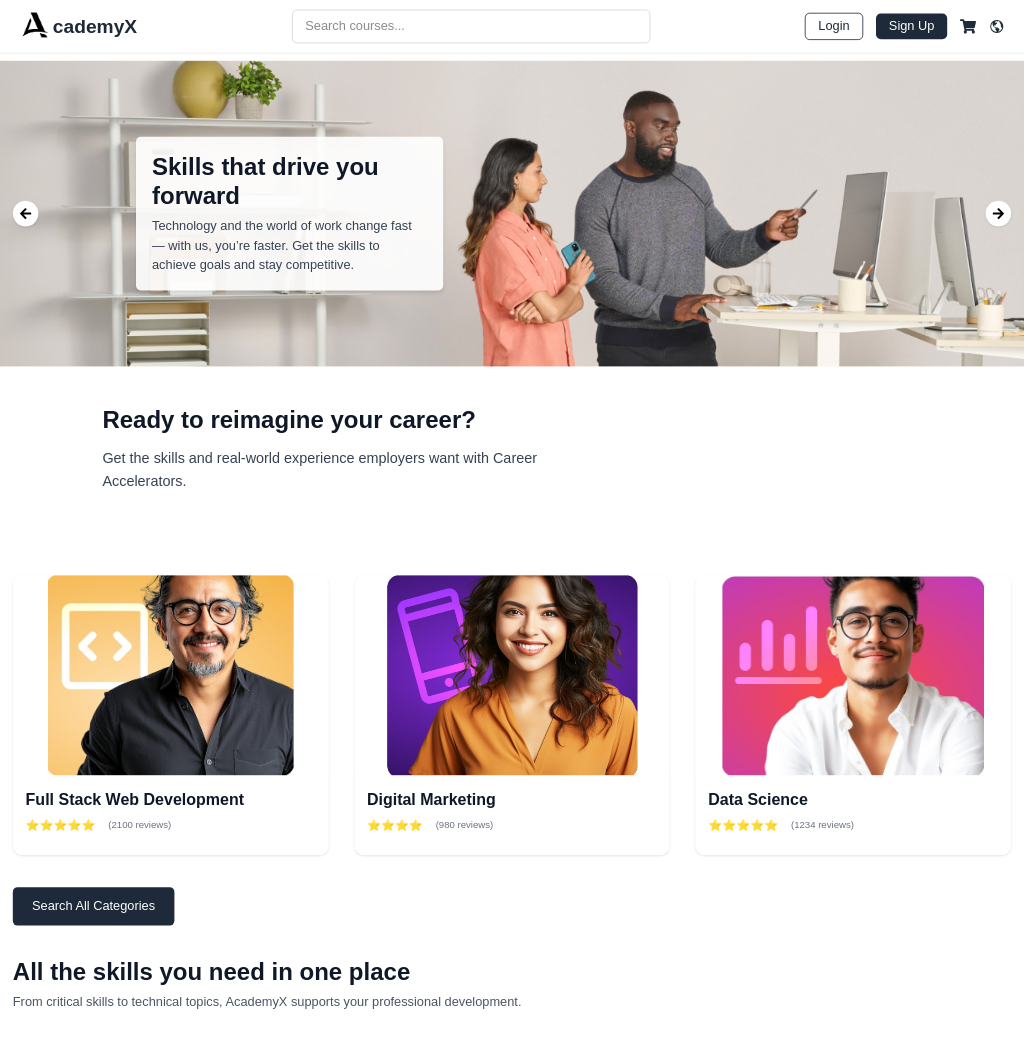
Repository: MohamedSalah54/full-stack-e-learning
Page: / (app in frontend/)
These files come from the project's save history. The page is drawn as it stood at one moment and after the next save; the edit follows.
The browser window is 1280 px wide. The pictures show the whole page, at 80% of full size.
The project was rebuilt for these pictures with package versions that can differ from the ones it lists, and the page was loaded fresh each time. The framework's server and built-in components were replaced by stand-ins that run in the browser. Also part of the build but not shown: frontend/next.config.ts.

Above is the page before, as saved 2025-06-15 14:49:08.

After the next save:
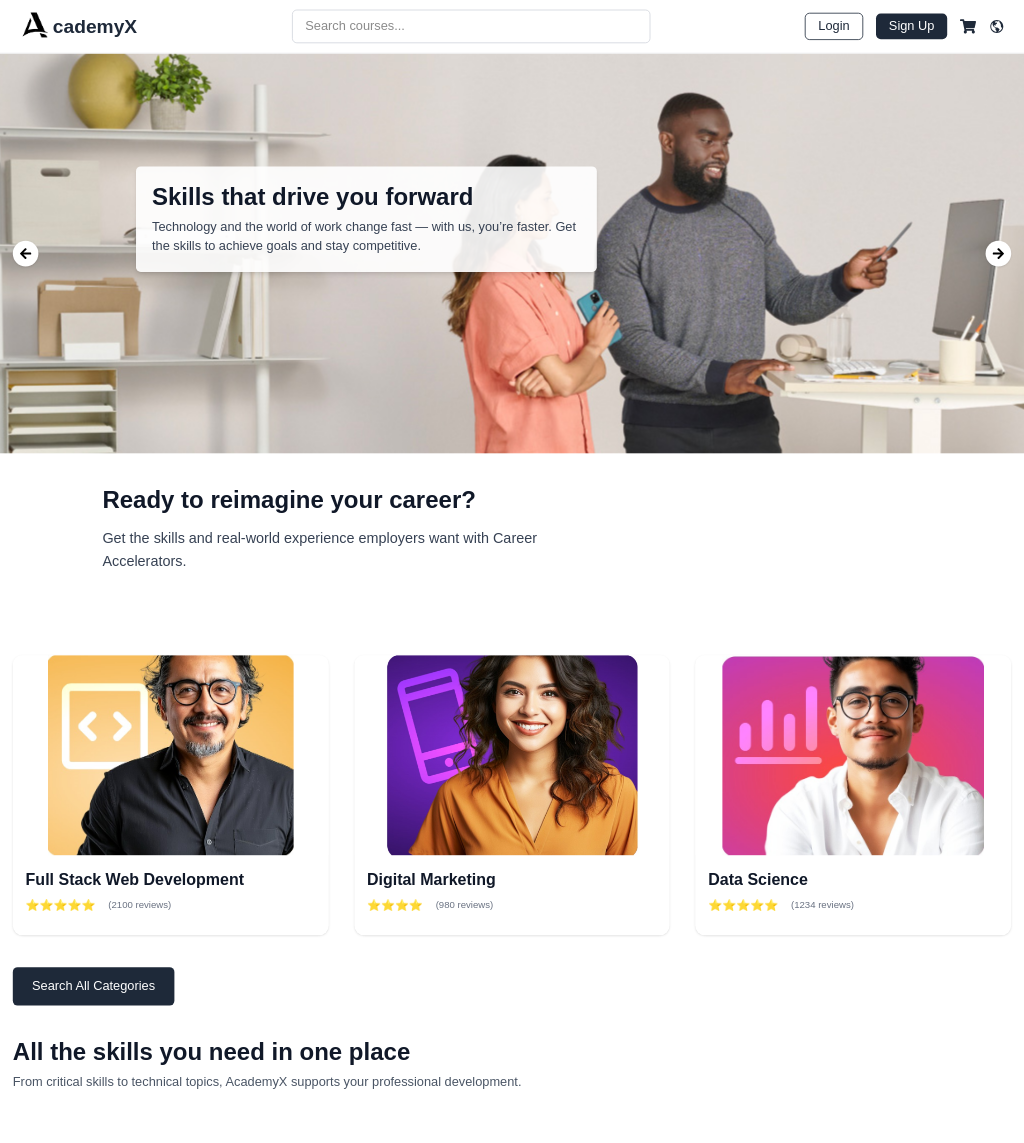
Saved 63 s later.
--- a/frontend/src/components/home/HeroBannerSlider.tsx
+++ b/frontend/src/components/home/HeroBannerSlider.tsx
@@ -4,7 +4,7 @@
 import { FaArrowLeft, FaArrowRight } from "react-icons/fa";
 import { heroSlides } from "@/constants";
 
-const slides = heroSlides
+const slides = heroSlides;
 
 const HeroBannerSlider = () => {
   const [current, setCurrent] = useState(0);
@@ -18,65 +18,57 @@
   };
 
   return (
-   <>
-  <section className="w-full h-[400px] relative overflow-hidden bg-white">
-    {/* Image with transition */}
-    <div className="w-full h-full relative">
-      {slides.map((slide, index) => (
-        <img
-          key={index}
-          src={slide.image}
-          alt="Hero"
-          className={`absolute top-0 left-0 w-full h-full object-contain transition-opacity duration-700 ${
-            index === current ? "opacity-100 z-10" : "opacity-0 z-0"
-          }`}
-        />
-      ))}
-    </div>
+    <>
+      {/* Slider Section */}
+      <section className="w-full relative bg-white overflow-hidden">
+        <div className="w-full h-[300px] sm:h-[400px] md:h-[500px] relative">
+          {slides.map((slide, index) => (
+            <img
+              key={index}
+              src={slide.image}
+              alt="Hero"
+              className={`absolute top-0 left-0 w-full h-full object-cover transition-opacity duration-700 ${
+                index === current ? "opacity-100 z-10" : "opacity-0 z-0"
+              }`}
+            />
+          ))}
+        </div>
 
-    {/* Text box for large screens */}
-    <div className="hidden md:block absolute top-1/2 left-[170px] transform -translate-y-1/2 z-30">
-      <div className="bg-white/90 p-5 rounded-md max-w-sm shadow-md">
-        <h1 className="text-2xl lg:text-3xl font-bold text-gray-900 mb-2">
-          {slides[current].title}
+        {/* Arrows */}
+        <button
+          onClick={prevSlide}
+          className="absolute top-1/2 left-4 transform -translate-y-1/2 bg-white text-black p-2 rounded-full shadow hover:bg-gray-200 z-40"
+        >
+          <FaArrowLeft />
+        </button>
+        <button
+          onClick={nextSlide}
+          className="absolute top-1/2 right-4 transform -translate-y-1/2 bg-white text-black p-2 rounded-full shadow hover:bg-gray-200 z-40"
+        >
+          <FaArrowRight />
+        </button>
+
+        {/* Text Box - Positioned for large screens, stacked for small */}
+        <div className="absolute bottom-0 left-0 w-full md:top-1/2 md:left-[170px] md:transform md:-translate-y-1/2 md:w-auto z-30">
+          <div className="bg-white/90 p-5 m-4 rounded-md shadow-md max-w-xl mx-auto md:mx-0">
+            <h1 className="text-xl md:text-2xl lg:text-3xl font-bold text-gray-900 mb-2">
+              {slides[current].title}
+            </h1>
+            <p className="text-gray-700 text-sm md:text-base">{slides[current].description}</p>
+          </div>
+        </div>
+      </section>
+
+      {/* Text Section Below the Slider */}
+      <div className="w-full text-left py-10 bg-white px-4 sm:px-10 md:px-32">
+        <h1 className="text-2xl sm:text-3xl font-bold text-gray-900 mb-4">
+          Ready to reimagine your career?
         </h1>
-        <p className="text-gray-700 text-base">{slides[current].description}</p>
+        <p className="text-base sm:text-lg text-gray-700 max-w-xl">
+          Get the skills and real-world experience employers want with Career Accelerators.
+        </p>
       </div>
-    </div>
-
-    {/* Arrows */}
-    <button
-      onClick={prevSlide}
-      className="absolute top-1/2 left-4 transform -translate-y-1/2 bg-white text-black p-2 rounded-full shadow hover:bg-gray-200 z-40"
-    >
-      <FaArrowLeft />
-    </button>
-    <button
-      onClick={nextSlide}
-      className="absolute top-1/2 right-4 transform -translate-y-1/2 bg-white text-black p-2 rounded-full shadow hover:bg-gray-200 z-40"
-    >
-      <FaArrowRight />
-    </button>
-  </section>
-
-  {/* Text box for small screens */}
-  <div className="block md:hidden w-full bg-white py-6 px-4">
-    <div className="bg-white/90 p-4 rounded-md max-w-xl mx-auto shadow-md">
-      <h1 className="text-xl font-bold text-gray-900 mb-2">{slides[current].title}</h1>
-      <p className="text-gray-700 text-sm">{slides[current].description}</p>
-    </div>
-  </div>
-
-  {/* New text below the image section */}
-  <div className="w-full text-left py-10 bg-white pl-32 max-md:pl-4">
-    <h1 className="text-3xl font-bold text-gray-900 mb-4">Ready to reimagine your career?</h1>
-    <p className="text-lg text-gray-700 max-w-xl">
-      Get the skills and real-world experience employers want with Career Accelerators.
-    </p>
-  </div>
-</>
-
-
+    </>
   );
 };
 

After the save that followed:
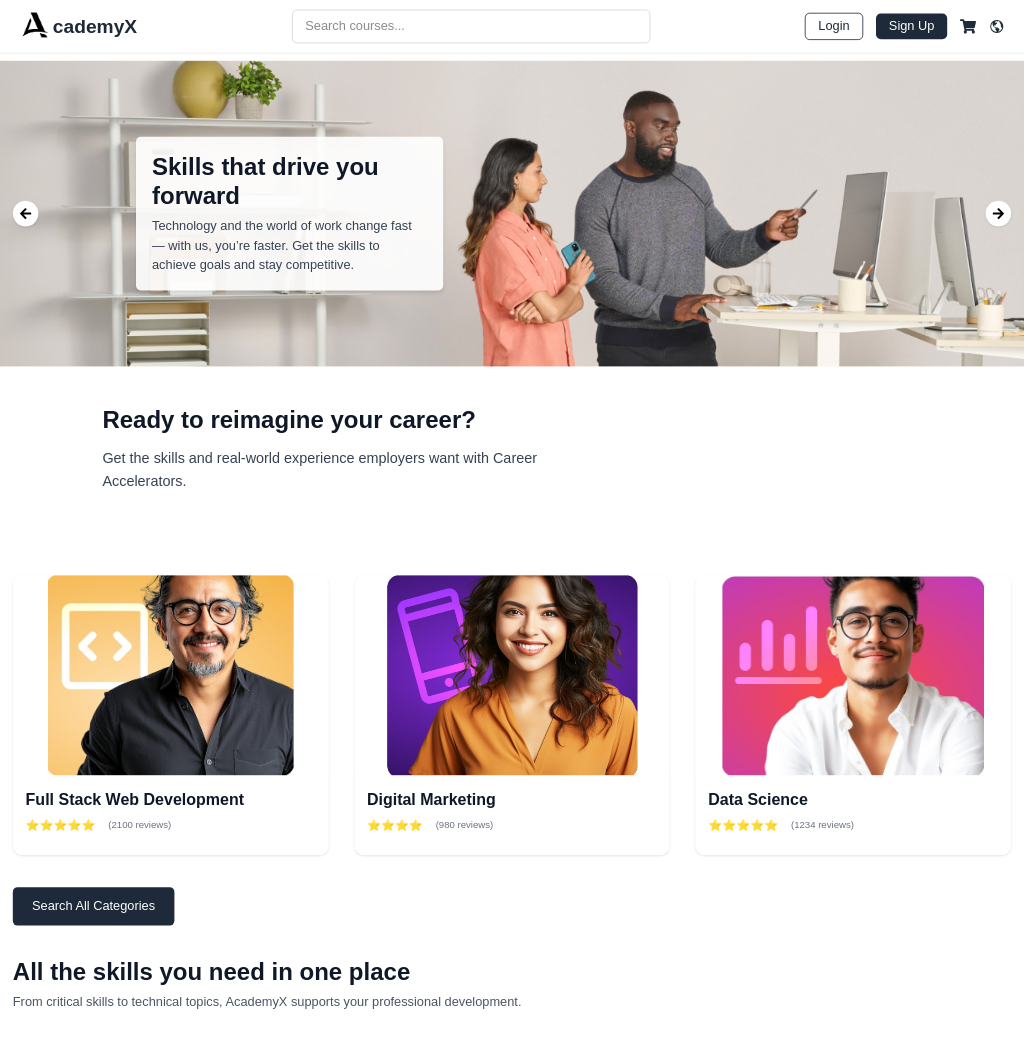
Saved 2 min 43 s later.
--- a/frontend/src/components/home/HeroBannerSlider.tsx
+++ b/frontend/src/components/home/HeroBannerSlider.tsx
@@ -4,7 +4,7 @@
 import { FaArrowLeft, FaArrowRight } from "react-icons/fa";
 import { heroSlides } from "@/constants";
 
-const slides = heroSlides;
+const slides = heroSlides
 
 const HeroBannerSlider = () => {
   const [current, setCurrent] = useState(0);
@@ -18,57 +18,65 @@
   };
 
   return (
-    <>
-      {/* Slider Section */}
-      <section className="w-full relative bg-white overflow-hidden">
-        <div className="w-full h-[300px] sm:h-[400px] md:h-[500px] relative">
-          {slides.map((slide, index) => (
-            <img
-              key={index}
-              src={slide.image}
-              alt="Hero"
-              className={`absolute top-0 left-0 w-full h-full object-cover transition-opacity duration-700 ${
-                index === current ? "opacity-100 z-10" : "opacity-0 z-0"
-              }`}
-            />
-          ))}
-        </div>
+   <>
+  <section className="w-full h-[400px] relative overflow-hidden bg-white">
+    {/* Image with transition */}
+    <div className="w-full h-full relative">
+      {slides.map((slide, index) => (
+        <img
+          key={index}
+          src={slide.image}
+          alt="Hero"
+          className={`absolute top-0 left-0 w-full h-full object-contain transition-opacity duration-700 ${
+            index === current ? "opacity-100 z-10" : "opacity-0 z-0"
+          }`}
+        />
+      ))}
+    </div>
 
-        {/* Arrows */}
-        <button
-          onClick={prevSlide}
-          className="absolute top-1/2 left-4 transform -translate-y-1/2 bg-white text-black p-2 rounded-full shadow hover:bg-gray-200 z-40"
-        >
-          <FaArrowLeft />
-        </button>
-        <button
-          onClick={nextSlide}
-          className="absolute top-1/2 right-4 transform -translate-y-1/2 bg-white text-black p-2 rounded-full shadow hover:bg-gray-200 z-40"
-        >
-          <FaArrowRight />
-        </button>
+    {/* Text box for large screens */}
+    <div className="hidden md:block absolute top-1/2 left-[170px] transform -translate-y-1/2 z-30">
+      <div className="bg-white/90 p-5 rounded-md max-w-sm shadow-md">
+        <h1 className="text-2xl lg:text-3xl font-bold text-gray-900 mb-2">
+          {slides[current].title}
+        </h1>
+        <p className="text-gray-700 text-base">{slides[current].description}</p>
+      </div>
+    </div>
 
-        {/* Text Box - Positioned for large screens, stacked for small */}
-        <div className="absolute bottom-0 left-0 w-full md:top-1/2 md:left-[170px] md:transform md:-translate-y-1/2 md:w-auto z-30">
-          <div className="bg-white/90 p-5 m-4 rounded-md shadow-md max-w-xl mx-auto md:mx-0">
-            <h1 className="text-xl md:text-2xl lg:text-3xl font-bold text-gray-900 mb-2">
-              {slides[current].title}
-            </h1>
-            <p className="text-gray-700 text-sm md:text-base">{slides[current].description}</p>
-          </div>
-        </div>
-      </section>
+    {/* Arrows */}
+    <button
+      onClick={prevSlide}
+      className="absolute top-1/2 left-4 transform -translate-y-1/2 bg-white text-black p-2 rounded-full shadow hover:bg-gray-200 z-40"
+    >
+      <FaArrowLeft />
+    </button>
+    <button
+      onClick={nextSlide}
+      className="absolute top-1/2 right-4 transform -translate-y-1/2 bg-white text-black p-2 rounded-full shadow hover:bg-gray-200 z-40"
+    >
+      <FaArrowRight />
+    </button>
+  </section>
 
-      {/* Text Section Below the Slider */}
-      <div className="w-full text-left py-10 bg-white px-4 sm:px-10 md:px-32">
-        <h1 className="text-2xl sm:text-3xl font-bold text-gray-900 mb-4">
-          Ready to reimagine your career?
-        </h1>
-        <p className="text-base sm:text-lg text-gray-700 max-w-xl">
-          Get the skills and real-world experience employers want with Career Accelerators.
-        </p>
-      </div>
-    </>
+  {/* Text box for small screens */}
+  <div className="block md:hidden w-full bg-white py-6 px-4">
+    <div className="bg-white/90 p-4 rounded-md max-w-xl mx-auto shadow-md">
+      <h1 className="text-xl font-bold text-gray-900 mb-2">{slides[current].title}</h1>
+      <p className="text-gray-700 text-sm">{slides[current].description}</p>
+    </div>
+  </div>
+
+  {/* New text below the image section */}
+  <div className="w-full text-left py-10 bg-white pl-32 max-md:pl-4">
+    <h1 className="text-3xl font-bold text-gray-900 mb-4">Ready to reimagine your career?</h1>
+    <p className="text-lg text-gray-700 max-w-xl">
+      Get the skills and real-world experience employers want with Career Accelerators.
+    </p>
+  </div>
+</>
+
+
   );
 };
 
